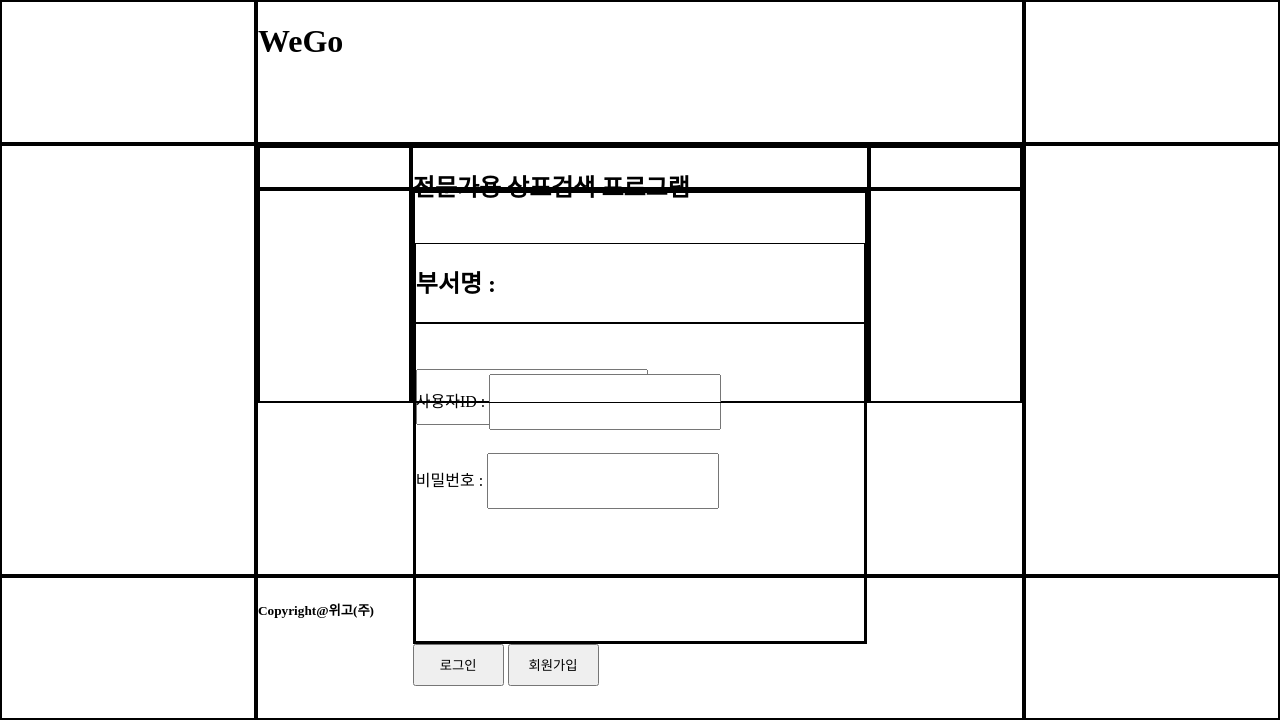
Repository: hamuse/wego1
Page: http://localhost/teamW1/facade.do
These files come from the project's save history. The page is drawn as it stood at one moment and after the next save; the edit follows.
The browser window is 1280 px wide. The pictures show the whole page.
Some web libraries are served in a nearby version. The page is served by Tomcat 9.

Above is the page before, as saved 2019-10-07 10:58:12.

After the next save:
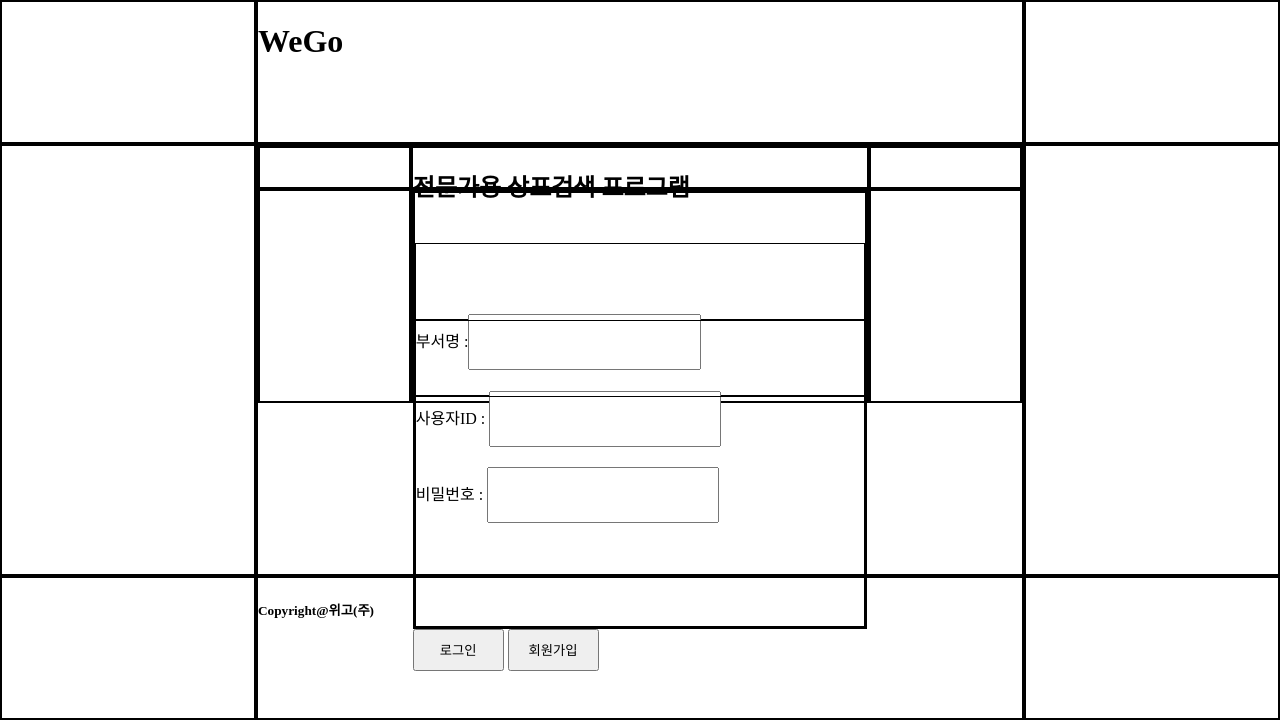
Saved 52 s later.
--- a/teamW1/WebContent/WEB-INF/views/facade/login.jsp
+++ b/teamW1/WebContent/WEB-INF/views/facade/login.jsp
@@ -3,7 +3,7 @@
 <form id="login_form">
 <div id="login_tab">
     <div id="login_tab_item_1">
-   <h2> 부서명 :</h2> <input id="d_Name" class="input_text" type="text" name="dName"/>
+  부서명 :<input id="d_Name" class="input_text" type="text" name="dName"/>
     </div>
     <div id="login_tab_item_2">
     사용자ID : <input id="userName" class="input_text" type="text" name="empNo"/>
--- a/teamW1/WebContent/resources/css/style.css
+++ b/teamW1/WebContent/resources/css/style.css
@@ -41,4 +41,4 @@ html, body{
 #login_tab_item_3{grid-column: 1/5;}
 #login_btn{width: 20%; height: 20%}
 #join_btn{width: 20%; height: 20%}
-.input_text{width: 50%; height: 50px; margin-top: 50px}
+.input_text{width: 50%; height: 50px; margin-top: 70px}
